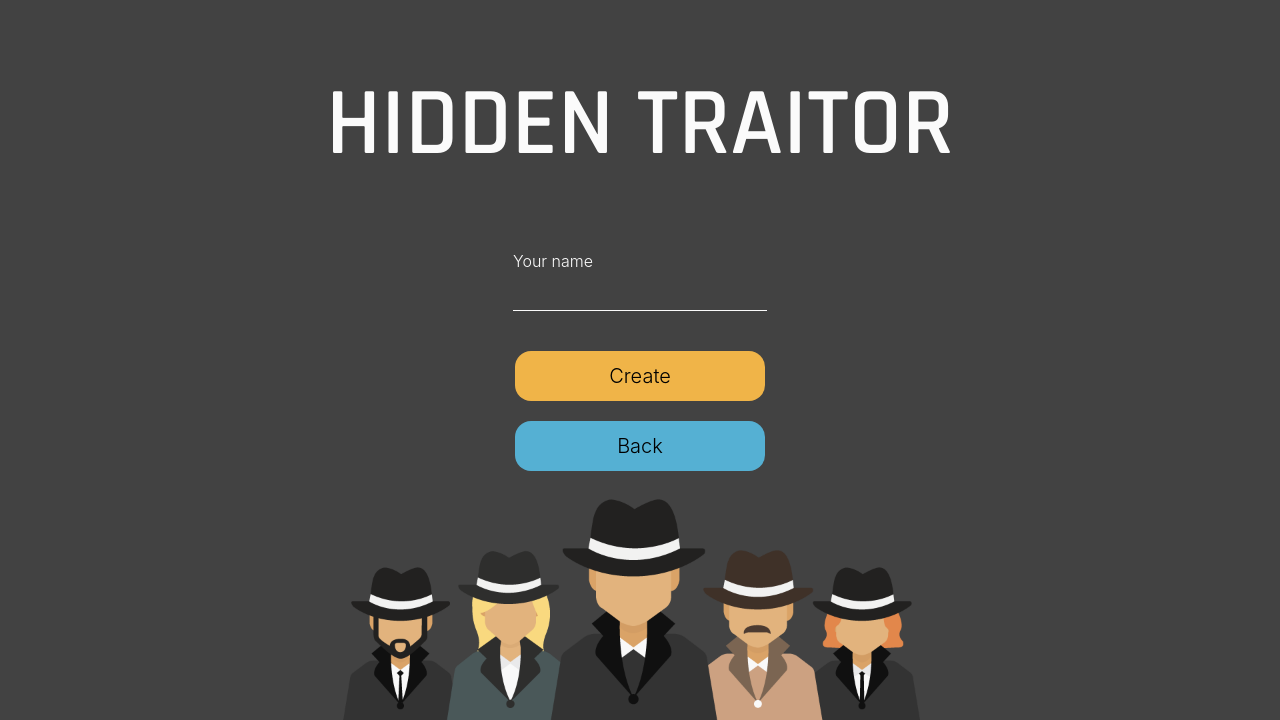
Repository: festusebin/hidden-game
Page: /create (app in client/)
The author's editor kept a copy of each file at every save. The page is drawn from the files as they stood at one save, then again after the next save.
The browser window is 1280 px wide. The pictures show the whole page.
The page's requests for data from a server got no answer. The project was rebuilt for these pictures with package versions that can differ from the ones it lists, and the page was loaded fresh each time. No one was signed in, and anything a server would have sent is missing. Also part of the build but not shown: client/src/Styles/Game.module.scss, client/src/components/GameRules/GameRules.jsx, client/src/components/Modal/Modal.jsx, client/src/pages/Index.jsx, client/src/pages/JoinGame.jsx, client/src/components/Player/Player.module.scss, client/src/components/Player/Player.jsx, client/src/components/Controls/Controls.module.scss and 17 more.

Above is the page before, as saved 2022-04-25 08:29:45.

### client/public/index.html
<!DOCTYPE html>
<html lang="en">
  <head>
    <meta charset="utf-8" />
    <link rel="icon" href="%PUBLIC_URL%/favicon.ico" />
    <meta name="viewport" content="width=device-width, initial-scale=1" />
    <meta name="theme-color" content="#000000" />
    <meta
      name="description"
      content="Web site created using create-react-app"
    />

    <!-- Fonts -->
    <link rel="preconnect" href="https://fonts.gstatic.com">
    <link href="https://fonts.googleapis.com/css2?family=Roboto:wght@300;400;500&display=swap" rel="stylesheet">
    <link rel="preconnect" href="https://fonts.gstatic.com">
    <link href="https://fonts.googleapis.com/css2?family=Rajdhani:wght@600&display=swap" rel="stylesheet">

    <!--
      manifest.json provides metadata used when your web app is installed on a
      user's mobile device or desktop. See https://developers.google.com/web/fundamentals/web-app-manifest/
    -->
    <link rel="manifest" href="%PUBLIC_URL%/manifest.json" />
    <!--
      Notice the use of %PUBLIC_URL% in the tags above.
      It will be replaced with the URL of the `public` folder during the build.
      Only files inside the `public` folder can be referenced from the HTML.

      Unlike "/favicon.ico" or "favicon.ico", "%PUBLIC_URL%/favicon.ico" will
      work correctly both with client-side routing and a non-root public URL.
      Learn how to configure a non-root public URL by running `npm run build`.
    -->
    <title>Hidden Traitor - Online Multiplayer Game</title>
  </head>
  <body>
    <noscript>You need to enable JavaScript to run this app.</noscript>
    <div id="root"></div>
    <!--
      This HTML file is a template.
      If you open it directly in the browser, you will see an empty page.

      You can add webfonts, meta tags, or analytics to this file.
      The build step will place the bundled scripts into the <body> tag.

      To begin the development, run `npm start` or `yarn start`.
      To create a production bundle, use `npm run build` or `yarn build`.
    -->
  </body>
</html>

### client/src/index.js
import React from 'react';
import ReactDOM from 'react-dom';
import './index.css';
import { BrowserRouter } from 'react-router-dom';
import App from './App';

ReactDOM.render(
  <React.StrictMode>
    <BrowserRouter>
      <App />
    </BrowserRouter>
  </React.StrictMode>,
  document.getElementById('root')
);

### client/src/index.css
body {
  margin: 0;
  padding: 0;
  color: #FBFBFB;
  font-family: -apple-system, BlinkMacSystemFont, 'Roboto', 'Segoe UI', 'Roboto',
    'Oxygen', 'Ubuntu', 'Cantarell', 'Fira Sans', 'Droid Sans', 'Helvetica Neue',
    sans-serif;
  -webkit-font-smoothing: antialiased;
  -moz-osx-font-smoothing: grayscale;
  font-weight: 300;
}

code {
  font-family: source-code-pro, Menlo, Monaco, Consolas, 'Courier New',
    monospace;
}

h1 {
  font-weight: 300;
}

h2 {
  font-weight: 400;
  margin: 0;
  padding: 0;
  margin-top: 1rem;
  margin-bottom: 1rem;
}

h3 {
  font-weight: 300;
  margin: 0;
}

p {
  margin: 0;
  margin-bottom: 0.5rem;
  color: #FBFBFB;
}

a {
  margin: 0;
  padding: 0;
  color: #FBFBFB;
}

button {
  font-family: -apple-system, BlinkMacSystemFont, 'Roboto', 'Segoe UI', 'Roboto',
    'Oxygen', 'Ubuntu', 'Cantarell', 'Fira Sans', 'Droid Sans', 'Helvetica Neue',
    sans-serif;
  font-weight: 300;
  background: #55B0D3;
  border-radius: 1rem;
  border: none;
  color: #FBFBFB;
  cursor: pointer;
  font-size: 1.25rem;
  outline: none;
  padding: 1rem;
  width: 150px;
}

input[type='text'] {
  font-family: -apple-system, BlinkMacSystemFont, 'Roboto', 'Segoe UI', 'Roboto',
    'Oxygen', 'Ubuntu', 'Cantarell', 'Fira Sans', 'Droid Sans', 'Helvetica Neue',
    sans-serif;
    color: #FBFBFB;
}

input[type='checkbox'] {
  -webkit-appearance:none;
  width:20px;
  height:20px;
  background:#fbfbfb;
  border-radius: 50%;
  border: 2px solid #fbfbfb;
}

input[type='checkbox']:checked {
  background: #55b0d3;
}

### client/src/App.js
import { Route, Switch } from 'react-router';
import { Index } from './pages/Index';
import { CreateGame } from './pages/CreateGame';
import { JoinGame } from './pages/JoinGame';
import { Game } from './pages/Game';
import { NotFound } from './components/NotFound/NotFound';
// import { Papp } from './pages/Papp';
import { Vote } from './pages/Vote';

function App() {

  return (
      <Switch>
        <Route exact path='/' component={Vote}/>
        <Route exact path='/home' component={Index}/>
        <Route exact path='/create' component={CreateGame}/>
        <Route exact path='/join' component={JoinGame}/>
        <Route exact path='/game' component= {(data) =><Game data={data} />}/>
        <Route component={NotFound}/>
      </Switch>
  );
}

export default App;

### client/src/pages/CreateGame.jsx
import { Button } from '../components/Button/Button';
import { Form } from '../components/Form/Form';
import { Layout } from '../components/layout/Layout';

export function CreateGame() {
    return (
        <Layout>
            <Form buttonText={'Create'} buttonColor={'#f0b448'} mode={"create"}/>
            <Button link={'/'} text={'Back'} />
        </Layout>
    );
}

### client/src/pages/Vote.js
import React from 'react';
import AppViews from './views/AppViews';
import ValidatorViews from './views/ValidatorViews';
import MemberViews from './views/MemberViews';
// import {renderDOM, renderView} from './views/render';
import {renderDOM, renderView} from './views/render';
import './Vote.css';
import * as backend from './rsh/build/index.main.mjs';
import { loadStdlib } from '@reach-sh/stdlib';
// import Algo connector
import { ALGO_MyAlgoConnect as MyAlgoConnect } from '@reach-sh/stdlib';

//const reach = loadStdlib('CFX');

// Add this two line of code
const reach = loadStdlib('ALGO');
reach.setWalletFallback(reach.walletFallback({providerEnv: 'TestNet', MyAlgoConnect }));
// const reach = loadStdlib(process.env);

const handToInt = {'ROCK': 0, 'PAPER': 1, 'SCISSORS': 2};
const intToOutcome = ['Bob wins!', 'Draw!', 'Alice wins!'];
const {standardUnit} = reach;
const defaults = {defaultFundAmt: '10', defaultWager: '3', standardUnit};

const vote_array = [];
const outcome_array = [];

export class Vote extends React.Component {
  constructor(props) {
    super(props);
    this.state = {view: 'ConnectAccount', ...defaults};
  }
  async componentDidMount() {
    const acc = await reach.getDefaultAccount();
    const balAtomic = await reach.balanceOf(acc);
    const bal = reach.formatCurrency(balAtomic, 4);
    this.setState({acc, bal});
    try {
      const faucet = await reach.getFaucet();
      this.setState({view: 'FundAccount', faucet});
    } catch (e) {
      this.setState({view: 'ValidatorOrMember'});
    }
  }
  async fundAccount(fundAmount) {
    await reach.transfer(this.state.faucet, this.state.acc, reach.parseCurrency(fundAmount));
    this.setState({view: 'ValidatorOrMember'});
  }
  async skipFundAccount() { this.setState({view: 'ValidatorOrMember'}); }
  selectMember() { this.setState({view: 'Wrapper', ContentView: Member}); }
  selectValidator() { this.setState({view: 'Wrapper', ContentView:Validator}); }
  render() { return renderView(this, AppViews); }
  /*async Game() {
    this.setState({ view: 'Player' });
  }*/
}

class Voter extends React.Component {
  random() { return reach.hasRandom.random(); }
  async getVote() { // Fun([], UInt)
    const vote = await new Promise(resolveVoteP => {
      this.setState({view: 'GetVote', workable: true, resolveVoteP});
    });
    this.setState({view: 'WaitingForResults', vote});
    return vote_array[vote];
  }
  seeResult(i) { this.setState({view: 'Done', result: outcome_array[i]}); }
  informTimeout() { this.setState({view: 'Timeout'}); }
  workVote(vote) { this.state.resolveVoteP(vote); }
}

class Validator extends Voter {
  constructor(props) {
    super(props);
    this.state = {view: 'SetStake'};
  }
  setStake(stake) { this.setState({view: 'Validator', stake}); }
  async validate() {
    const ctc = this.props.acc.deploy(backend);
    this.setState({view: 'Validating', ctc});
    this.stake = reach.parseCurrency(this.state.stake); // UInt
    backend.Alice(ctc, this);
    const ctcInfoStr = JSON.stringify(await ctc.getInfo(), null, 2);
    this.setState({view: 'WaitingForMember', ctcInfoStr});
  }
  render() { return renderView(this,ValidatorViews); }
}

class Member extends Voter {
  constructor(props) {
    super(props);
    this.state = {view: 'Secure'};
  }
  attach(ctcInfoStr) {
    const ctc = this.props.acc.attach(backend, JSON.parse(ctcInfoStr));
    this.setState({view: 'Securing'});
    backend.Bob(ctc, this);
  }
  async acceptStake(stakeAtomic) {
    const stake = reach.formatCurrency(stakeAtomic, 4);
    return await new Promise(resolveAcceptedP => {
      this.setState({view: 'AcceptStake', stake, resolveAcceptedP});
    });
  }
  termsAccepted() {
    this.state.resolveAcceptedP();
    this.setState({view: 'WaitingForTurn'});
  }
  render() { return renderView(this, MemberViews); }
}

export default Vote;

### client/src/components/layout/Layout.jsx
import s from './Layout.module.scss';

export function Layout({ children }) {
  return (
    <div>
      <div className={s.layout}>
        <h1 className={s.layout__header}>HIDDEN TRAITOR</h1>
        {children}
      </div>
      <footer className={s.layout__footer}>
        {/*<p>A game by <a href="https://github.com/DoddiSkula">Doddi</a></p>*/}
      </footer>
    </div>
  );
}

### client/src/components/Button/Button.jsx
import { NavLink } from 'react-router-dom';
import s from './Button.module.scss';

export function Button({link , text, color = "#55B0D3"}) {
    if (link) {
        return (
            <NavLink className={s.NavLink} to={link}>
                <button className={s.button} style={{background: color}}>{text}</button>
            </NavLink>
        );
    }

    return (
        <button className={s.button} style={{background: color}}>{text}</button>
    );

}

### client/src/components/Form/Form.jsx
import React, { useState } from 'react';
import dotenv from 'dotenv';
import openSocket from 'socket.io-client';
import { Redirect } from 'react-router';
import { Button } from '../Button/Button';
import { generateCode } from '../../lib/utils.js';
import s from './Form.module.scss';

dotenv.config();

const { REACT_APP_SERVER_URL: serverUrl } = process.env;

export function Form({ buttonText, buttonColor, mode }) {
  const [data, setData] = useState({
    name: '',
    room: null,
  });
  const [submitted, setSubmitted] = useState(false);


  const handleSubmit = (e) => {
    e.preventDefault();

    const socket = openSocket(serverUrl);

    const name = data.name;
    const room = data.room ? data.room : generateCode();

    setData({ name, room });

    if (mode === 'join') {
      socket.emit('form-join', { name, room });
      console.log('Successfully joined!')
    } else {
      socket.emit('form-create', { name, room });
            console.log('Successfully created!')

    }

    socket.on('form-create-fail', (formData) => {
      console.info('Submit failed!');
    });

    socket.on('form-create-success', (formData) => {
      setData({
        name: formData.trimmedName,
        room: formData.trimmedRoom,
      });
      setSubmitted(true);
    });

    socket.on('form-join-fail', (formData) => {
      console.info('Submit failed!');
    });

    socket.on('form-join-success', (formData) => {
      setData({
        name: formData.trimmedName,
        room: formData.trimmedRoom,
      });
      setSubmitted(true);
    });

  };

  const handleInputChange = (e) => {
    const { target } = e;
    const value = target.value;
    const name = target.name;

    setData((prevState) => ({
      ...prevState,
      ...{ [name]: value },
    }));
  };

  if (submitted) {
    return (
      <Redirect
        push
        to={{
          pathname: '/game',
          state: {data},
        }}
      />
    );
  }

  return (
    <form className={s.form} onSubmit={handleSubmit} autoComplete='off'>
      <div className={s.form__input_group}>
        <label className={s.form__label} htmlFor='name'>
          Your name{' '}
        </label>
        <input
          className={s.form__input}
          type='text'
          name='name'
          id='name'
          onChange={handleInputChange}
        ></input>
      </div>
      {mode === 'join' && (
        <div className={s.form__input_group}>
          <label className={s.form__label} htmlFor='room'>
            Game code{' '}
          </label>
          <input
            className={s.form__input}
            type='text'
            name='room'
            id='room'
            onChange={handleInputChange}
          ></input>
        </div>
      )}
      <Button text={buttonText} color={buttonColor} />
    </form>
  );
}

### client/src/pages/Vote.css
bbody {
  margin: 0;
  font-family: -apple-system, BlinkMacSystemFont, 'Segoe UI', 'Roboto', 'Oxygen',
    'Ubuntu', 'Cantarell', 'Fira Sans', 'Droid Sans', 'Helvetica Neue',
    sans-serif;
  -webkit-font-smoothing: antialiased;
  -moz-osx-font-smoothing: grayscale;
}

code {
  font-family: source-code-pro, Menlo, Monaco, Consolas, 'Courier New',
    monospace;
}
.App {
  text-align: center;
  background-color: #00FFFF;
}

.App-header {
  display: flex;
      box-shadow: 0 3px 5px rgba(0, 0, 0, 0.42);
      background-color: #00FFFF;
      color: black;
      flex: 0 0 auto;
      z-index: 2;
}
.lds-ring {
  display: inline-block;
  position: relative;
  width: 80px;
  height: 80px;
}
.lds-ring div {
  box-sizing: border-box;
  display: block;
  position: absolute;
  width: 64px;
  height: 64px;
  margin: 8px;
  border: 8px solid #fff;
  border-radius: 50%;
  animation: lds-ring 1.2s cubic-bezier(0.5, 0, 0.5, 1) infinite;
  border-color: #fff transparent transparent transparent;
}
.lds-ring div:nth-child(1) {
  animation-delay: -0.45s;
}
.lds-ring div:nth-child(2) {
  animation-delay: -0.3s;
}
.lds-ring div:nth-child(3) {
  animation-delay: -0.15s;
}
@keyframes lds-ring {
  0% {
    transform: rotate(0deg);
  }
  100% {
    transform: rotate(360deg);
  }
}

.App-link {
  color: #61dafb;
}

input[type=number] {
  font-size: calc(10px + 2vmin);
  width: 4em;
}

button {
  background-color: red;
  border: none;
  color: black;
  padding: 10px 24px;
  text-align: center;
  text-decoration: none;
  display: inline-block;
  font-size: 12px;
  margin: 4px 2px;
  cursor: pointer;
}

textarea {
  font-size: calc(10px + 2vmin);
}

.ContractInfo {
  font-size: calc(10px + 1vmin);
  text-align: left;
  width: 90vw;
  height: 7em;
  padding: 2vw;
  overflow-x: scroll;
  white-space: pre;
}

.link{
  background-color: red;
  border: none;
  color: black;
  padding: 10px 24px;
  text-align: center;
  text-decoration: none;
  display: inline-block;
  font-size: 12px;
  margin: 4px 2px;
  cursor: pointer;

}

### client/src/components/layout/Layout.module.scss
@import '../../Styles/Config.module.scss';

.layout {
  align-items: center;
  background-image: url('../../images/bg.png');
  background-color: $dark-grey;
  background-position: bottom;
  background-repeat: no-repeat;
  background-size: cover;
  display: flex;
  flex-direction: column;
  height: 100vh;

  &__header {
    text-align: center;
    font-size: 6rem;
    color: $white;
    font-family: 'Rajdhani', sans-serif;
  }

  &__footer {
    color: rgba($white, 0.5);
    position: absolute;
    bottom: 1rem;
    text-align: center;
    width: 100%;
    font-family: 'Rajdhani', sans-serif;
  }
}

### client/src/components/Button/Button.module.scss
@import '../../Styles/Config.module.scss';

.button {
  align-items: center;
  display: flex;
  font-size: 1.25rem;
  height: 50px;
  justify-content: center;
  text-align: center;
  width: 250px;
  margin-bottom: 1rem;
}

.NavLink {
  color: $white;
  font-size: 2rem;
  text-decoration: none;
}

### client/src/Styles/Config.module.scss
// colors
$blue: #55b0d3;
$green: #61ca70;
$red: #e36e5a;
$orange: #f0b448;
$black: #323232;
$white: #fbfbfb;
$grey: #d5d5d5;
$dark-grey: #424242;
$darker-grey: #383838;

### client/src/lib/utils.js
/**
 * Returns a promise that resolves after a timeout of ms milliseconds
 *
 * @param {*} ms milliseconds
 */
 export function sleep(ms) {
    return new Promise((resolve) => setTimeout(resolve, ms));
}

export function generateCode() {
    return Math.random().toString(36).substr(2, 5).toLocaleUpperCase();
}

### client/src/components/Form/Form.module.scss
@import '../../Styles/Config.module.scss';

.form {
  border-radius: 20px;

  &__input_group {
    display: flex;
    flex-direction: column;
    text-align: start;
    margin-bottom: 1.5rem;
  }

  &__input {
    height: 25px;
    width: 250px;
    border: none;
    border-bottom: 1px solid $white;
    background: none;
    margin-bottom: 1rem;
    font-size: 1rem;
    font-family: -apple-system, BlinkMacSystemFont, 'Roboto', 'Segoe UI',
      'Roboto', 'Oxygen', 'Ubuntu', 'Cantarell', 'Fira Sans', 'Droid Sans',
      'Helvetica Neue', sans-serif;
  }

  &__input:focus {
    border-bottom: 2px solid $white;
    outline: none;
  }

  &__label {
    color: $white;
    margin-bottom: 0.75rem;
  }
}

Loaded but not shown: client/src/pages/rsh/build/index.main.mjs (1819 lines, source omitted)

After the next save:
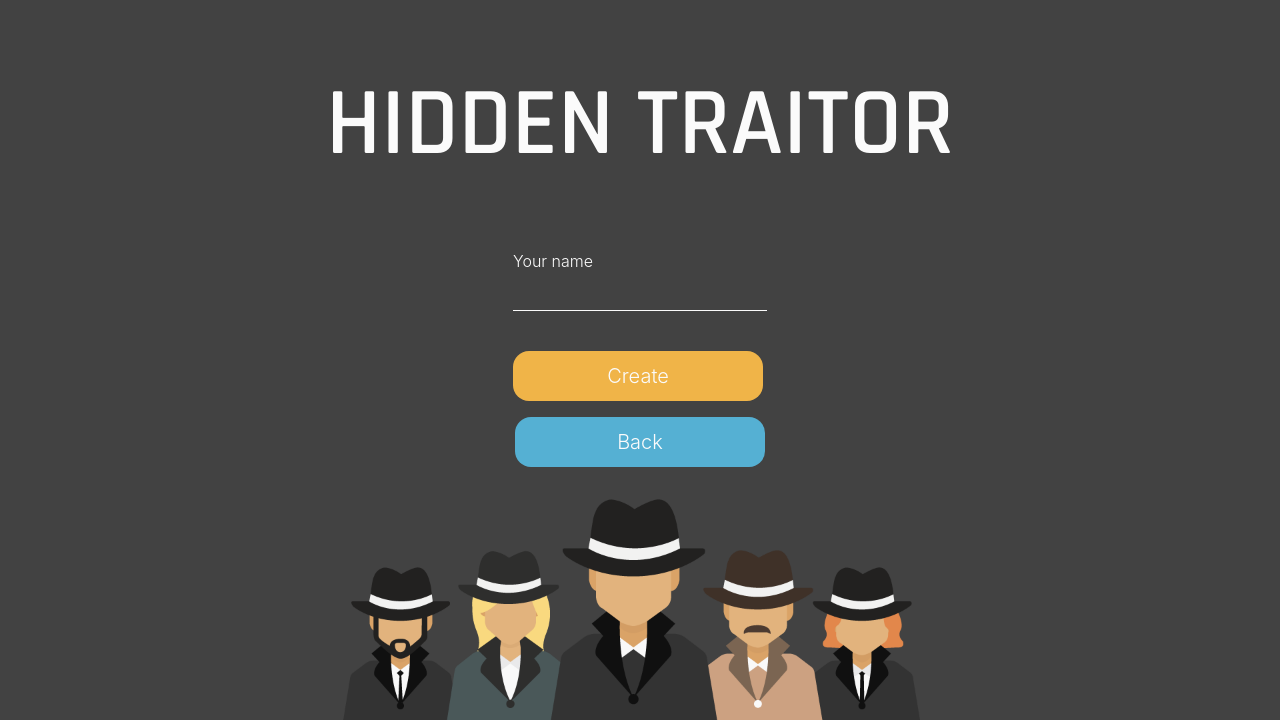
Saved 20 min 52 s later.
--- a/client/src/pages/Vote.css
+++ b/client/src/pages/Vote.css
@@ -1,4 +1,4 @@
-bbody {
+body {
   margin: 0;
   font-family: -apple-system, BlinkMacSystemFont, 'Segoe UI', 'Roboto', 'Oxygen',
     'Ubuntu', 'Cantarell', 'Fira Sans', 'Droid Sans', 'Helvetica Neue',
@@ -13,51 +13,17 @@ code {
 }
 .App {
   text-align: center;
-  background-color: #00FFFF;
 }
 
 .App-header {
+  background-color: #282c34;
+  min-height: 100vh;
   display: flex;
-      box-shadow: 0 3px 5px rgba(0, 0, 0, 0.42);
-      background-color: #00FFFF;
-      color: black;
-      flex: 0 0 auto;
-      z-index: 2;
-}
-.lds-ring {
-  display: inline-block;
-  position: relative;
-  width: 80px;
-  height: 80px;
-}
-.lds-ring div {
-  box-sizing: border-box;
-  display: block;
-  position: absolute;
-  width: 64px;
-  height: 64px;
-  margin: 8px;
-  border: 8px solid #fff;
-  border-radius: 50%;
-  animation: lds-ring 1.2s cubic-bezier(0.5, 0, 0.5, 1) infinite;
-  border-color: #fff transparent transparent transparent;
-}
-.lds-ring div:nth-child(1) {
-  animation-delay: -0.45s;
-}
-.lds-ring div:nth-child(2) {
-  animation-delay: -0.3s;
-}
-.lds-ring div:nth-child(3) {
-  animation-delay: -0.15s;
-}
-@keyframes lds-ring {
-  0% {
-    transform: rotate(0deg);
-  }
-  100% {
-    transform: rotate(360deg);
-  }
+  flex-direction: column;
+  align-items: center;
+  justify-content: center;
+  font-size: calc(10px + 2vmin);
+  color: white;
 }
 
 .App-link {
@@ -70,16 +36,7 @@ input[type=number] {
 }
 
 button {
-  background-color: red;
-  border: none;
-  color: black;
-  padding: 10px 24px;
-  text-align: center;
-  text-decoration: none;
-  display: inline-block;
-  font-size: 12px;
-  margin: 4px 2px;
-  cursor: pointer;
+  font-size: calc(10px + 2vmin);
 }
 
 textarea {
@@ -95,17 +52,3 @@ textarea {
   overflow-x: scroll;
   white-space: pre;
 }
-
-.link{
-  background-color: red;
-  border: none;
-  color: black;
-  padding: 10px 24px;
-  text-align: center;
-  text-decoration: none;
-  display: inline-block;
-  font-size: 12px;
-  margin: 4px 2px;
-  cursor: pointer;
-
-}
